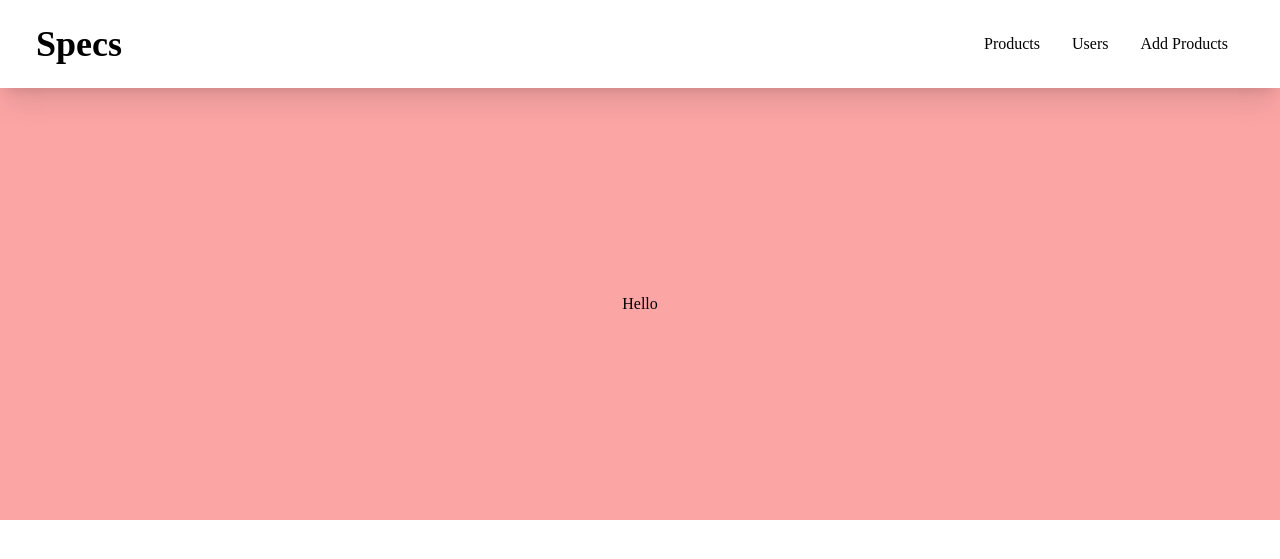
Repository: rushit163/frames-ecommerce
Page: /
These files come from the project's save history. The page is drawn as it stood at one moment and after the next save; the edit follows.
The browser window is 1280 px wide. The pictures show the whole page.
The project was rebuilt for these pictures with package versions that can differ from the ones it lists, and the page was loaded fresh each time. The framework's server and built-in components were replaced by stand-ins that run in the browser. Also part of the build but not shown: next.config.js.

Above is the page before, as saved 2023-05-06 07:29:53.

After the next save:
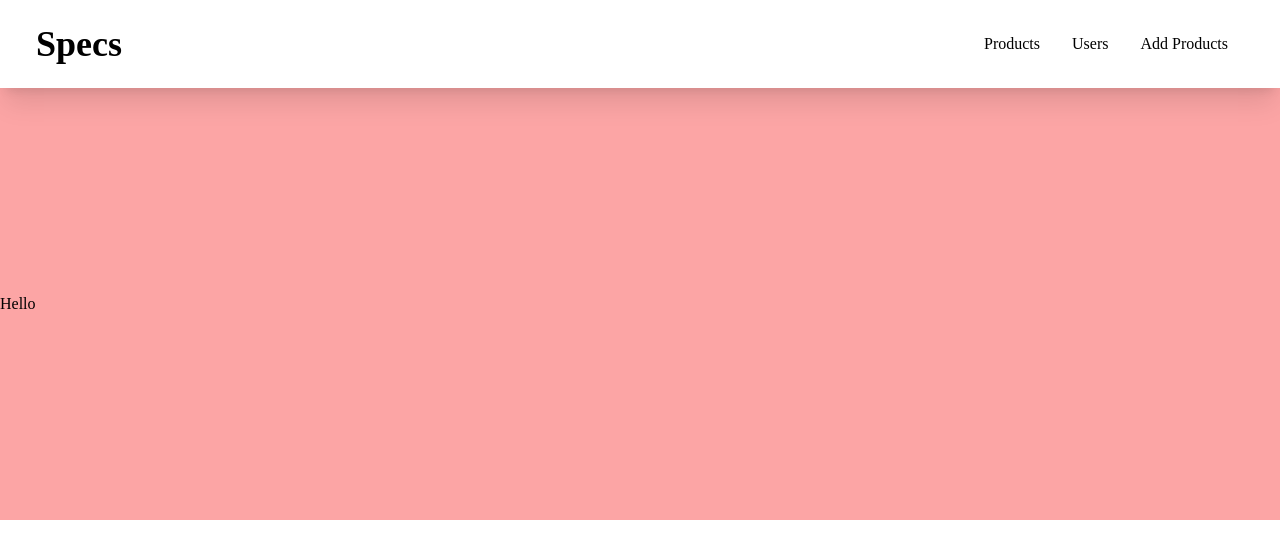
Saved 32 s later.
--- a/pages/Add_Products.tsx
+++ b/pages/Add_Products.tsx
@@ -5,7 +5,7 @@ const Add_Products = () => {
   return (
     <>
     <Navbar/>
-    <div className=" bg-red-300 h-[60vh] w-full flex items-center justify-center">
+    <div className=" bg-red-300 h-[60vh] w-full flex items-center ">
       <h1>Hello</h1>
     </div>
     </>
